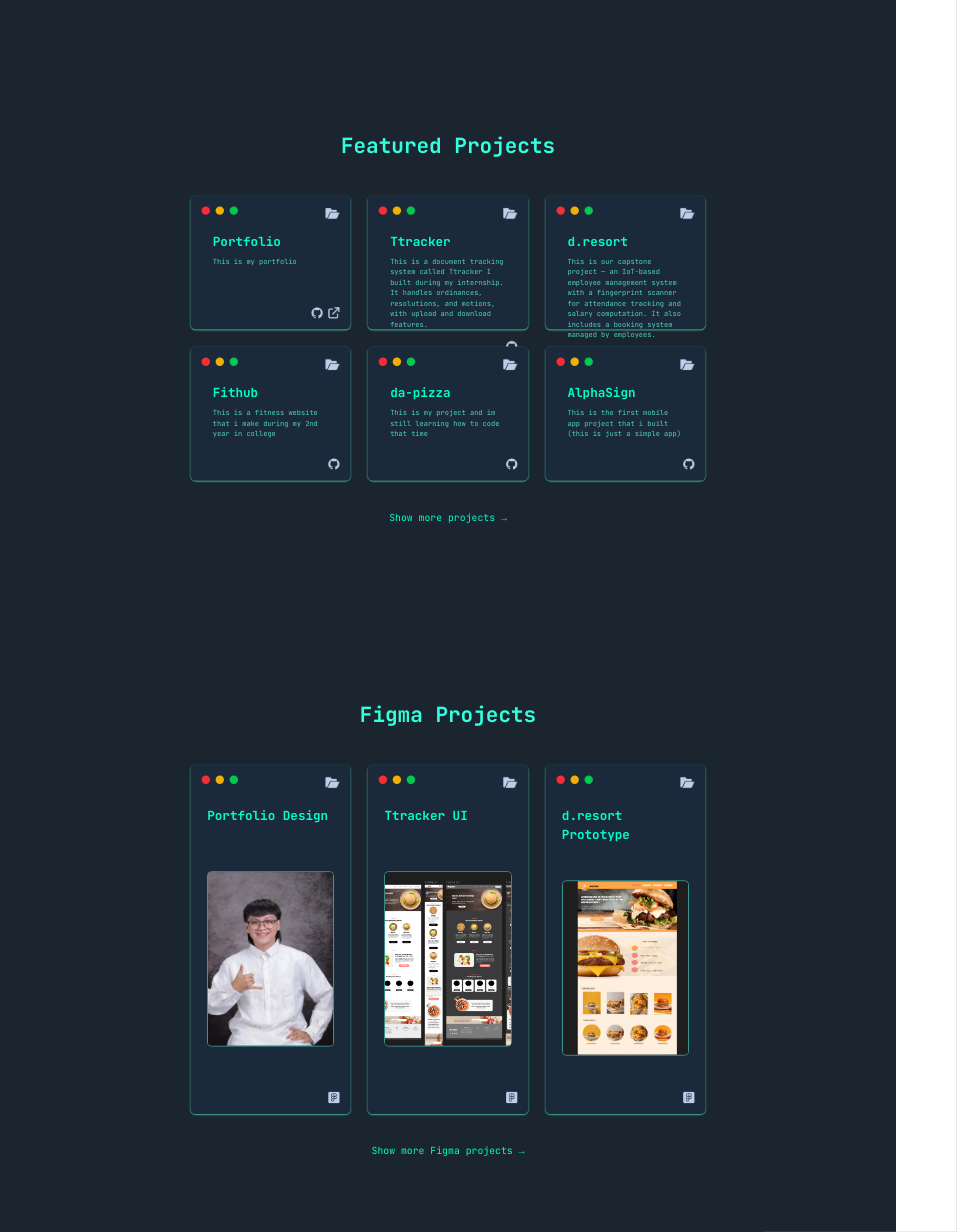
Repository: m4rsu-code/Portfolio
Page: / (app in my-portfolio/)
These files come from the project's save history. The page is drawn as it stood at one moment and after the next save; the edit follows.
The browser window is 1280 px wide. The page is 1367 px wide, so the pictures cover 1367 px, including what lies to the right of the window. The pictures show the part of the page from y = 2697 to 4457 px (the page is 4457 px tall), at 70% of full size.
The project was rebuilt for these pictures with package versions that can differ from the ones it lists, and the page was loaded fresh each time. Also part of the build but not shown: my-portfolio/vite.config.js, my-portfolio/src/assets/components/Modal/AchievementModal.jsx, my-portfolio/src/AchievementsPage.jsx, my-portfolio/src/ProjectPage.jsx, my-portfolio/src/FigmaProjectsPage.jsx.

Above is the page before, as saved 2025-08-04 17:08:10.

### my-portfolio/src/main.jsx
import { StrictMode } from "react";
import { createRoot } from "react-dom/client";
import { BrowserRouter as Router, Routes, Route } from "react-router-dom";
import "./assets/CSS/index.css";
import App from "./App.jsx";
import AchievementsPage from "./AchievementsPage.jsx";
import ProjectPage from "./ProjectPage.jsx";
import FigmaProjectsPage from "./FigmaProjectsPage.jsx";

createRoot(document.getElementById("root")).render(
  <StrictMode>
    <Router>
      <Routes>
        <Route path="/" element={<App />} />
        <Route path="/achievements" element={<AchievementsPage />} />
        <Route path="/projects" element={<ProjectPage />} />
        <Route path="/figma-projects" element={<FigmaProjectsPage />} />
      </Routes>
    </Router>
  </StrictMode>
);

### my-portfolio/src/assets/CSS/index.css
@import "tailwindcss";

@layer base {
  .font-jetbrains-mono {
    font-family: 'JetBrains Mono', monospace;
  }
}

### my-portfolio/src/App.jsx
import { useState } from 'react';
import { Link } from 'react-router-dom';
import Navbar from './assets/components/Navbar';
import AchievementModal from './assets/components/Modal/AchievementModal';
import './assets/CSS/animation.css';
import { achievements, projects, figmaProjects } from './assets/components/data';

function App() {
  const [count, setCount] = useState(0);
  const [isModalOpen, setIsModalOpen] = useState(false);
  const [selectedAchievement, setSelectedAchievement] = useState(null);

  const openModal = (achievement) => {
    setSelectedAchievement(achievement);
    setIsModalOpen(true);
  };

  const closeModal = () => {
    setIsModalOpen(false);
    setSelectedAchievement(null);
  };

  console.log('Rendering App with achievements:', achievements);

  return (
    <div className='min-h-screen bg-[#1A252F]'>
      <Navbar />
      <div className='w-full px-60 py-10'>
        {/* Introduction Section */}
        <div className="flex flex-col items-center justify-center mt-30">
          <div className="flex flex-col md:flex-row items-center justify-center gap-35 px-8 py-16">
            {/* Image with Glowing Effect */}
            <div className="relative">
              <div className="rounded-full border-[2px] border-[#00FFCC] overflow-hidden w-[500px] h-[500px] animate-glow">
                <img
                  src="/Images/me.png"
                  alt="Martian L. Rebote"
                  className="object-cover w-full h-full"
                />
              </div>
            </div>

            {/* Text Content */}
            <div className="text-center md:text-left font-jetbrains-mono">
              <div className='w-full md:w-[750px]'>
                <p className="text-[#FFEA00] text-[18px]">Hi, my name is</p>
                <h1 className="text-[#00FFCC] text-[45px] font-bold mt-2">Martian L. Rebote</h1>
                <p className="text-base text-[30px] font-bold text-[#57CDB9] mt-4">
                  I turn ideas into clean, functional web experiences.
                </p>
                <p className="mt-4 text-[#4CD2BC] leading-relaxed text-[18px]">
                  I’m a frontend developer with a focus on building fast, accessible, and responsive websites that deliver great user experiences.
                </p>
              </div>

              <div className="mt-6 flex flex-col sm:flex-row items-center gap-4">
                <a href="/Martian_Rebote_CV.pdf" className="border border-[#00FFCC] px-5 py-2 rounded-md text-[#00FFCC] hover:bg-[#00FFCC] hover:text-black transition-colors">
                  Download CV
                </a>
                <a href="#portfolio" className="border border-[#FF38E5] px-5 py-2 rounded-md text-[#FF38E5] hover:bg-[#FF38E5] hover:text-black transition-colors">
                  Check out my work!
                </a>
              </div>
            </div>
          </div>
        </div>

        {/* About Me Section */}
        <div id="about" className="flex flex-col mt-30">
          <div className='flex flex-col md:flex-row items-center justify-between gap-10 px-8 py-16'>
            <div className='w-full md:w-[800px] text-left font-jetbrains-mono'>
              <h2 className='text-[#31FFDD] text-[30px] font-bold mb-7'>About Me</h2>
              <div className='w-full md:w-[900px] text-justify px-5'>
                <p className='text-[#4CD2BC] text-[18px] mt-4'>
                  Hi, I’m Martian L. Rebote, a junior frontend developer. I enjoy building and designing websites and mobile apps. I’m not only focused on programming, but I also like working on design, whether it’s for the web or mobile.
                </p>
                <p className='text-[#4CD2BC] text-[18px] mt-4'>
                  I’m flexible and open to learning. I can work as a full-stack developer if needed. During my internship, I became a full-stack developer and learned a lot, which helped me grow and understand more about the programming industry.
                </p>
                <p className='text-[#4CD2BC] text-[18px] mt-4'>
                  Some of the technologies I’ve used recently include:
                </p>

                <div className='flex flex-col sm:flex-row gap-10 mt-4'>
                  <ul className='text-[#4CD2BC] text-[18px] mt-2 list-disc pl-5'>
                    <li>React</li>
                    <li>React-Native</li>
                    <li>HTML</li>
                    <li>CSS</li>
                  </ul>
                  <ul className='text-[#4CD2BC] text-[18px] mt-2 list-disc pl-5'>
                    <li>Tailwind CSS</li>
                    <li>JavaScript</li>
                    <li>Python</li>
                    <li>Laravel</li>
                  </ul>
                </div>
              </div>
            </div>

            <div className="relative image-container w-[380px] h-[450px] group cursor-pointer">
              <div className="absolute left-5 w-full h-full border-3 border-[#00FFCC] rounded-[10px] uneven-box z-0 transition-transform duration-300 ease-in-out"></div>
              <div className="relative z-10 rounded-[10px] overflow-hidden w-full h-full transition-transform duration-300 ease-in-out group-hover:translate-x-[-10px] group-hover:translate-y-[-10px]">
                <img
                  src="/Images/me2.jpg"
                  alt="Martian L. Rebote"
                  className="object-cover w-full h-full"
                />
              </div>
            </div>
          </div>
        </div>

        {/* Achievements Section */}
        <div id="achievements" className="flex flex-col mt-30 px-8 py-16 font-jetbrains-mono">
          <h2 className="text-[#31FFDD] text-[30px] font-bold mb-12">Notable Achievements</h2>

          {/* Cards Grid - Limited to first 2 achievements */}
          <div>
            {/* First Row */}
            <div className="grid md:grid-cols-2 gap-10">
              {/* Left card (code-like box with image) */}
              <div className="bg-[#1B2A3A] rounded-lg p-4 flex flex-col h-96">
                <div className="flex gap-2 mb-4">
                  <div className="w-3 h-3 bg-red-500 rounded-full"></div>
                  <div className="w-3 h-3 bg-yellow-500 rounded-full"></div>
                  <div className="w-3 h-3 bg-green-500 rounded-full"></div>
                </div>
                <div
                  className="border border-[#4CD2BC] rounded-md flex-grow overflow-hidden group cursor-pointer"
                  onClick={() => openModal(achievements[0])}
                >
                  <img
                    src={achievements[0].image}
                    alt="Achievement Image"
                    className="w-full h-full object-cover transition-transform duration-300 ease-in-out group-hover:scale-110"
                  />
                </div>
              </div>

              {/* Right card (trophy + achievement with text) */}
              <div className="flex flex-col h-64">
                <p className="text-[#31FFDD] text-sm mb-2">Featured Achievement</p>
                <h3 className="text-[#31FFDD] text-lg font-bold flex items-center gap-2">
                  🏆 {achievements[0].title}
                </h3>
                <div className="border border-[#4CD2BC] rounded-md flex-grow mt-4 p-4 text-[#4CD2BC] text-sm overflow-auto">
                  {achievements[0].description}
                </div>
                <p className="text-[#4CD2BC] text-sm mt-2">Date: {achievements[0].date}</p>
              </div>
            </div>

            {/* Second Row */}
            <div className="grid md:grid-cols-2 gap-10 mt-10">
              {/* Left card (trophy + achievement with text) */}
              <div className="flex flex-col h-64">
                <p className="text-[#31FFDD] text-sm mb-2">Featured Achievement</p>
                <h3 className="text-[#31FFDD] text-lg font-bold flex items-center gap-2">
                  🏆 {achievements[1].title}
                </h3>
                <div className="border border-[#4CD2BC] rounded-md flex-grow mt-4 p-4 text-[#4CD2BC] text-sm overflow-auto">
                  {achievements[1].description}
                </div>
                <p className="text-[#4CD2BC] text-sm mt-2">Date: {achievements[1].date}</p>
              </div>

              {/* Right card (code-like box with image) */}
              <div className="bg-[#1B2A3A] rounded-lg p-4 flex flex-col h-96">
                <div className="flex gap-2 mb-4">
                  <div className="w-3 h-3 bg-red-500 rounded-full"></div>
                  <div className="w-3 h-3 bg-yellow-500 rounded-full"></div>
                  <div className="w-3 h-3 bg-green-500 rounded-full"></div>
                </div>
                <div
                  className="border border-[#4CD2BC] rounded-md flex-grow overflow-hidden group cursor-pointer"
                  onClick={() => openModal(achievements[1])}
                >
                  <img
                    src={achievements[1].image}
                    alt="Achievement Image"
                    className="w-full h-full object-cover transition-transform duration-300 ease-in-out group-hover:scale-110"
                  />
                </div>
              </div>
            </div>
          </div>

          {/* Show more link */}
          <div className="text-center mt-10">
            <Link
                to="/achievements"
                state={{ achievements }}
                className="text-[#31FFDD] text-sm hover:underline"
              >
                Show more achievements →
              </Link>
          </div>
        </div>

        {/* Project Section */}
        <div id='projects' className="flex flex-col mt-30 px-8 py-16 font-jetbrains-mono">
          <h2 className="text-[#31FFDD] text-[30px] text-center font-bold mb-12">Featured Projects</h2>
          <div className="grid grid-cols-1 sm:grid-cols-2 lg:grid-cols-3 gap-6">
            {projects.slice(0, 6).map((project) => (
              <div
                key={project.id}
                className="bg-[#1B2A3A] rounded-lg p-4 flex flex-col h-48 relative group shadow-xs shadow-[#4CD2BC] cursor-pointer transform transition-transform duration-300 ease-in-out hover:-translate-y-2"
              >
                <div className="flex gap-2">
                  <div className="w-3 h-3 bg-red-500 rounded-full"></div>
                  <div className="w-3 h-3 bg-yellow-500 rounded-full"></div>
                  <div className="w-3 h-3 bg-green-500 rounded-full"></div>
                  <div className="justify-end ml-auto">
                    <img src="/Images/open-folder.png" alt="Folder Icon" className="w-5 h-5" />
                  </div>
                </div>
                <div className="text-left rounded-md flex-grow p-4">
                  <h3 className="text-[#00FFCC] text-[18px] font-bold mb-2">{project.title}</h3>
                  <p className="text-[#4CD2BC] text-[10px]">{project.description}</p>
                </div>
                <div className="flex justify-end gap-2">
                  {project.githubLink ? (
                    <a href={project.githubLink} target="_blank" rel="noopener noreferrer" aria-label={`View ${project.title} on GitHub`}>
                      <img
                        src="/Images/github.png"
                        alt="GitHub Icon"
                        className="w-4 h-4 hover:invert hover:brightness-0 hover:sepia hover:saturate-[100%]"
                      />
                    </a>
                  ) : (
                    <img
                      src="/Images/github.png"
                      alt="GitHub Icon"
                      className="w-4 h-4 hover:invert hover:brightness-0 hover:sepia hover:saturate-[100%]"
                    />
                  )}
                  {project.title === 'Portfolio' && project.link && (
                    <a href={project.link} target="_blank" rel="noopener noreferrer" aria-label="View Portfolio Website">
                      <img
                        src="/Images/link.png"
                        alt="Link Icon"
                        className="w-4 h-4 hover:invert hover:brightness-0 hover:sepia hover:saturate-[100%]"
                      />
                    </a>
                  )}
                </div>
              </div>
            ))}
          </div>

          {projects.length > 6 && (
            <div className="text-center mt-10">
              <Link
                to="/projects"
                state={{ projects }}
                className="text-[#00FFCC] text-sm hover:underline"
              >
                Show more projects →
              </Link>
            </div>
          )}
        </div>

        {/* Figma Projects Section */}
        <div className="flex flex-col mt-30 px-8 py-16 font-jetbrains-mono">
          <h2 className="text-[#31FFDD] text-[30px] text-center font-bold mb-12">Figma Projects</h2>
          <div className="grid grid-cols-1 sm:grid-cols-2 lg:grid-cols-3 gap-6">
            {figmaProjects.slice(0, 3).map((project) => (
              <div
                key={project.id}
                className="bg-[#1B2A3A] rounded-lg p-4 flex flex-col h-[500px] relative group shadow-xs shadow-[#4CD2BC] cursor-pointer transform transition-transform duration-300 ease-in-out hover:-translate-y-2"
              >
                {/* Header with window controls and folder icon */}
                <div className="flex gap-2 mb-4">
                  <div className="w-3 h-3 bg-red-500 rounded-full"></div>
                  <div className="w-3 h-3 bg-yellow-500 rounded-full"></div>
                  <div className="w-3 h-3 bg-green-500 rounded-full"></div>
                  <div className="justify-end ml-auto">
                    <img src="/Images/open-folder.png" alt="Folder Icon" className="w-5 h-5" />
                  </div>
                </div>

                {/* Project Title */}
                <div className="flex items-start justify-start p-2">
                  <h3 className="text-[#00FFCC] text-[18px] font-bold">{project.title}</h3>
                </div>

                {/* Image with Border and No Overlap */}
                <div className="flex-grow flex items-center justify-center p-2">
                  <div className="border border-[#4CD2BC] rounded-md w-full h-[250px] overflow-hidden">
  <img
    src={project.image}
    alt={`${project.title} Image`}
    className="w-full h-full object-cover"
    onError={(e) => (e.target.src = '/Images/fallback.png')}
    loading="lazy"
  />
</div>

                </div>

                {/* Figma Link */}
                <div className="flex justify-end gap-2 mt-2">
                  {project.figmaLink && (
                    <a
                      href={project.figmaLink}
                      target="_blank"
                      rel="noopener noreferrer"
                      aria-label={`View ${project.title} on Figma`}
                    >
                      <img
                        src="/Images/figma.png"
                        alt="Figma Icon"
                        className="w-4 h-4 hover:invert hover:brightness-0 hover:sepia hover:saturate-[100%]"
                      />
                    </a>
                  )}
                </div>
              </div>
            ))}
          </div>
          {figmaProjects.length > 3 && (
            <div className="text-center mt-10">
              <Link
                to="/figma-projects"
                state={{ figmaProjects }}
                className="text-[#00FFCC] text-sm hover:underline"
              >
                Show more Figma projects →
              </Link>
            </div>
          )}
        </div>

        {/* Modal */}
        {isModalOpen && selectedAchievement && (
          <AchievementModal
            image={selectedAchievement.image}
            title={selectedAchievement.title}
            description={selectedAchievement.description}
            date={selectedAchievement.date}
            onClose={closeModal}
          />
        )}
      </div>
    </div>
  );
}

export default App;

### my-portfolio/src/assets/components/Navbar.jsx
import React from 'react';
import '../CSS/Navbar.css'; // Import the CSS for styling

function Navbar() {
  return (
    <nav className="w-full px-10 py-4 flex justify-between items-center fixed top-0 left-0 z-50 bg-transparent backdrop-blur-md font-jetbrains-mono">
      {/* Logo on the left */}
      <a href="#home" className='text-3xl font-bold text-[#FF38E5] cursor-pointer'>m4rsu</a>
      {/* Navigation links on the right */}
      <div className='flex gap-10 text-base'>
        <a href='#about' className='text-[#31FFDD] text-[15px] font-light nav-link'>About</a>
        <a href='#achievements' className='text-[#31FFDD] text-[15px] font-light nav-link'>Achievements</a>
        <a href='#projects' className='text-[#31FFDD] text-[15px] font-light nav-link'>Projects</a>
        <a href='#contact' className='text-[#31FFDD] text-[15px] font-light nav-link'>Contact</a>
      </div>
    </nav>
  );
}

export default Navbar;

### my-portfolio/src/assets/CSS/animation.css
@keyframes glow {
  0% {
    box-shadow: 0 0 5px #00FFCC, 0 0 10px #00FFCC, 0 0 15px #00FFCC, 0 0 20px #00FFCC;
  }
  50% {
    box-shadow: 0 0 10px #00FFCC, 0 0 20px #00FFCC, 0 0 30px #00FFCC, 0 0 40px #00FFCC;
  }
  100% {
    box-shadow: 0 0 5px #00FFCC, 0 0 10px #00FFCC, 0 0 15px #00FFCC, 0 0 20px #00FFCC;
  }
}

@keyframes glow {
  0% {
    box-shadow: 0 0 5px #00FFCC, 0 0 10px #00FFCC;
  }
  50% {
    box-shadow: 0 0 15px #00FFCC, 0 0 25px #00FFCC;
  }
  100% {
    box-shadow: 0 0 5px #00FFCC, 0 0 10px #00FFCC;
  }
}

.animate-glow {
  animation: glow 2s ease-in-out infinite;
}

.uneven-box {
  transform: translateY(20px); /* move it downward initially */

  transition: transform 0.3s ease-in-out;
}

.image-container:hover .uneven-box {
  transform: translateY(30px); /* move it further down on hover */
}

### my-portfolio/src/assets/CSS/Navbar.css
.nav-link {
  position: relative;
  text-decoration: none;
}

.nav-link::after {
  content: '';
  position: absolute;
  width: 100%;
  height: 2px;
  bottom: -2px;
  left: 0;
  background-color: #31FFDD;
  transform: scaleX(0);
  transform-origin: bottom right;
  transition: transform 0.3s ease-in-out;
}

.nav-link:hover::after {
  transform: scaleX(1);
  transform-origin: bottom left;
}

Loaded but not shown: my-portfolio/index.html (common file); my-portfolio/src/assets/components/data.jsx (87 lines, source omitted)

After the next save:
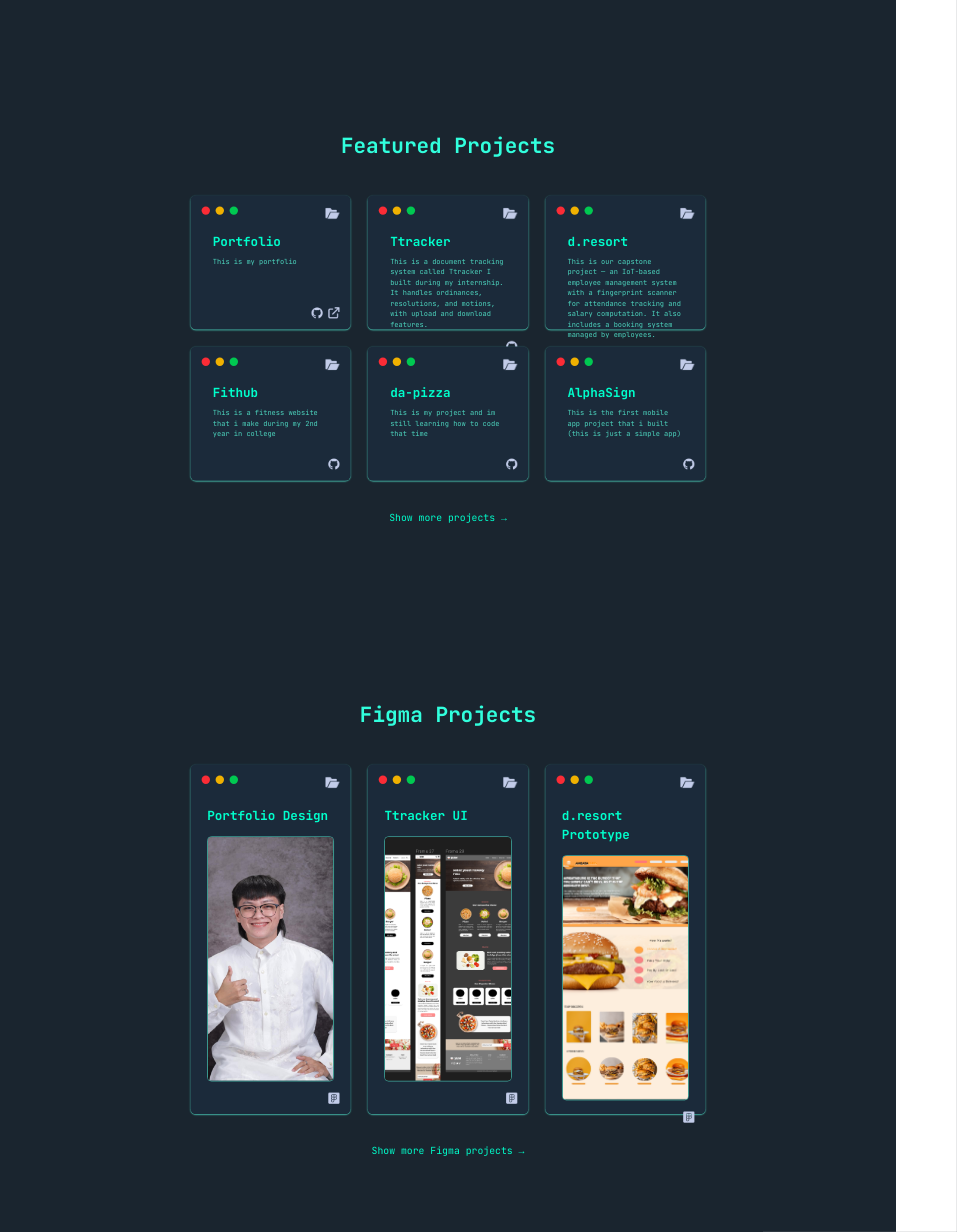
Saved 12 s later.
--- a/my-portfolio/src/App.jsx
+++ b/my-portfolio/src/App.jsx
@@ -288,16 +288,15 @@ function App() {
 
                 {/* Image with Border and No Overlap */}
                 <div className="flex-grow flex items-center justify-center p-2">
-                  <div className="border border-[#4CD2BC] rounded-md w-full h-[250px] overflow-hidden">
-  <img
-    src={project.image}
-    alt={`${project.title} Image`}
-    className="w-full h-full object-cover"
-    onError={(e) => (e.target.src = '/Images/fallback.png')}
-    loading="lazy"
-  />
-</div>
-
+                  <div className="border border-[#4CD2BC] rounded-md w-full h-[350px] overflow-hidden">
+                    <img
+                      src={project.image}
+                      alt={`${project.title} Image`}
+                      className="w-full h-full object-cover"
+                      onError={(e) => (e.target.src = '/Images/fallback.png')}
+                      loading="lazy"
+                    />
+                  </div>
                 </div>
 
                 {/* Figma Link */}
